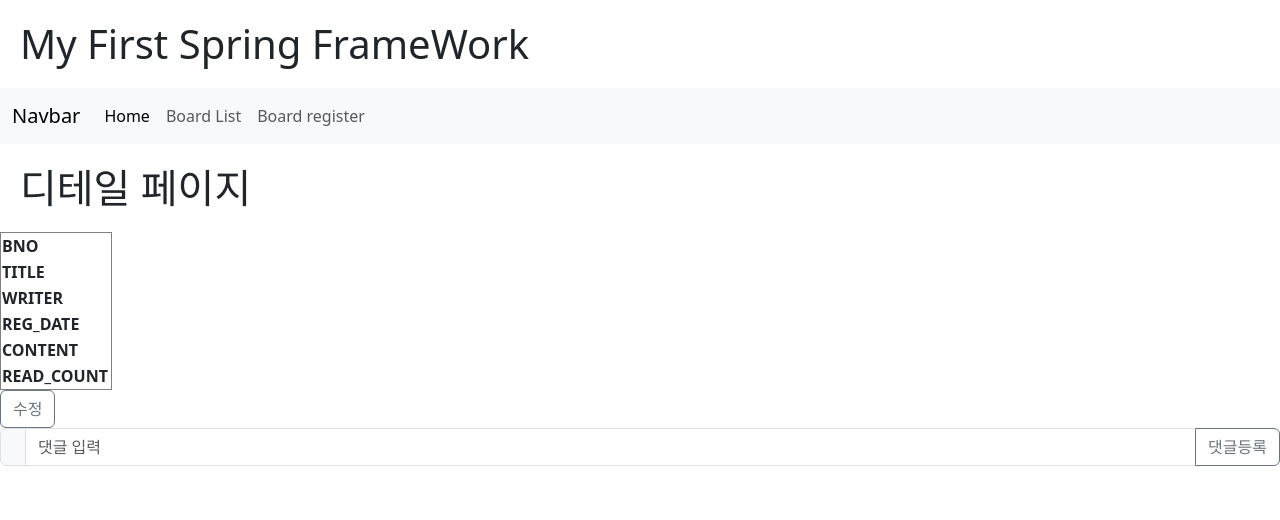
Repository: Leesunghoon1/springh
Page: http://localhost/springProject/WEB-INF/views/board/detail.jsp
These files come from the project's save history. The page is drawn as it stood at one moment and after the next save; the edit follows.
The browser window is 1280 px wide. The pictures show the whole page.
The page is served by Tomcat 9. Nobody is signed in. Other server files are loaded and not shown. The template is opened directly, without the code that normally fills it, so the values that code supplies are empty.

Above is the page before, as saved 2023-11-03 08:13:35.
Console error: SyntaxError: Unexpected token '<<'

### springProject/src/main/webapp/WEB-INF/views/board/detail.jsp
<%@ page language="java" contentType="text/html; charset=UTF-8"
	pageEncoding="UTF-8"%>
<%@ taglib uri="http://java.sun.com/jsp/jstl/core" prefix="c"%>

<!DOCTYPE html>
<html>
<head>
<meta charset="UTF-8">
<title>Insert title here</title>
</head>
<body>

	<jsp:include page="../common/header.jsp" />
	<jsp:include page="../common/nav.jsp" />
	<h1>디테일 페이지</h1>

	<table border="1">

		<tr>
			<th>BNO</th>
			<td>${bvo.bno }</td>
		</tr>
		<tr>
			<th>TITLE</th>
			<td>${bvo.title }</td>
		</tr>

		<tr>
			<th>WRITER</th>
			<td>${bvo.writer }</td>
		</tr>

		<tr>
			<th>REG_DATE</th>
			<td>${bvo.regAt }</td>
		</tr>
		<tr>
			<th>CONTENT</th>
			<td>${bvo.content }</td>
		</tr>
		<tr>
			<th>READ_COUNT</th>
			<td>${bvo.readCount }</td>
		</tr>

	</table>
	<div class="button-box">
		<a href="/board/modify?bno=${bvo.bno }">
			<button type="button" id="button" class="btn btn-outline-secondary">수정</button>
		</a>
	</div>
	<div>
		<div>
			<div>
				<div>

					<!-- 댓글영역  -->
					<!-- 댓글 영역 -->
					<div class="comment-box">
						<div class="input-group flex-nowrap" id="comment-input">
							<span class="input-group-text" id="cmtWriter">
								${bvo.writer} </span> <input type="text" class="form-control"
								id="cmtContent" placeholder="댓글 입력" aria-label="Username"
								aria-describedby="addon-wrapping">
							<button class="btn btn-outline-secondary" type="button"
								id="cmtPostBtn">댓글등록</button>
						</div>
						<div class="title"></div>
						<table id="comment-table" class="table table-dark table-hover">

						</table>
					</div>

					<!-- 댓글 더보기 영역  -->


					<button type="button" id="moreBtn" data-page="1"
						class="btn btn-secondary" style="visibility: hidden">MORE</button>
				</div>
			</div>

		</div>

	</div>
	<!-- 모달창 -->

	<!-- 모달창 -->
	<div>
		<div>
			<div class="modal" id="comment-modal" tabindex="-1">
				<div class="modal-dialog">
					<div class="modal-content">
						<div class="modal-header">
							<h5 class="modal-title">댓글수정</h5>
							<button type="button" class="btn-close" data-bs-dismiss="modal"
								aria-label="Close"></button>
						</div>

						<div class="modal-body">
							<div class="input-group mb-3">
								<span class="input-group-text" id="basic-addon1">${bvo.writer}</span>
								<input type="text" id="modal-text" class="form-control"
									placeholder="댓글 입력" aria-label="Username"
									aria-describedby="basic-addon1">
							</div>
						</div>

						<div class="modal-footer">
							<button type="button" class="btn btn-primary update-comment">수정</button>
						</div>
					</div>
				</div>
			</div>

		</div>

		<jsp:include page="../common/footer.jsp"></jsp:include>
	</div>
</body>










<script type="text/javascript">
		let bnoVal = `<c:out value="${bvo.bno}" />`;
		console.log(bnoVal);
		<!-- js랑 연결해서 열기 -->
	</script>


<script type="text/javascript" src="/resources/js/boardComment.js"></script>
<script type="text/javascript">
		getCommentList(bnoVal);

		<!-- js랑 연결해서 열기 -->
	</script>

<jsp:include page="../common/footer.jsp" />

</body>
</html>

### springProject/src/main/webapp/WEB-INF/views/common/header.jsp
<%@ page language="java" contentType="text/html; charset=UTF-8"
    pageEncoding="UTF-8"%>
    <%@ taglib uri="http://java.sun.com/jsp/jstl/core" prefix="c"%>
<!DOCTYPE html>
<html>
<head>
<meta charset="UTF-8">
<title>Insert title here</title>
<link href="https://cdn.jsdelivr.net/npm/bootstrap@5.3.1/dist/css/bootstrap.min.css" rel="stylesheet" integrity="sha384-4bw+/aepP/YC94hEpVNVgiZdgIC5+VKNBQNGCHeKRQN+PtmoHDEXuppvnDJzQIu9" crossorigin="anonymous">
<script src="https://cdn.jsdelivr.net/npm/bootstrap@5.3.1/dist/js/bootstrap.bundle.min.js" integrity="sha384-HwwvtgBNo3bZJJLYd8oVXjrBZt8cqVSpeBNS5n7C8IVInixGAoxmnlMuBnhbgrkm" crossorigin="anonymous"></script>
<style type="text/css">

h1, p {
	margin: 20px
}

</style>
</head>
<body>
<h1>My First Spring FrameWork</h1>
</body>
</html>

### springProject/src/main/webapp/WEB-INF/views/common/nav.jsp
<%@ page language="java" contentType="text/html; charset=UTF-8"
    pageEncoding="UTF-8"%>
    <%@ taglib uri="http://java.sun.com/jsp/jstl/core" prefix="c"%>
<!DOCTYPE html>
<html>
<head>
<meta charset="UTF-8">
<title>Insert title here</title>
</head>
<body>
<header>

<nav class="navbar navbar-expand-lg bg-body-tertiary">
  <div class="container-fluid">
    <a class="navbar-brand" href="#">Navbar</a>

    <button class="navbar-toggler" type="button" data-bs-toggle="collapse" data-bs-target="#navbarSupportedContent" aria-controls="navbarSupportedContent" aria-expanded="false" aria-label="Toggle navigation">
      <span class="navbar-toggler-icon"></span>
    </button>

    <div class="collapse navbar-collapse" id="navbarSupportedContent">
      <ul class="navbar-nav me-auto mb-2 mb-lg-0">

        <li class="nav-item">
          <a class="nav-link active" aria-current="page" href="/">Home</a>
        </li>

        <li class="nav-item">
          <a class="nav-link" href="/board/list">Board List</a>
        </li>

        <li class="nav-item">
          <a class="nav-link" href="/board/register">Board register</a>
        </li>
    </ul>
    </div>
  </div>
</nav>



</header>
</body>
</html>

### springProject/src/main/webapp/resources/js/boardComment.js
/**
 *
 */
	console.log(bnoVal);

    async function postCommentToServer(cmtData){
        try {
            const url = "/comment/post";
            const config = {
                method:"post",
                headers:{
                    'content-type':'application/json; charset=utf-8'
                },
                body:JSON.stringify(cmtData)
            };

            const resp = await fetch(url, config);
            const result = await resp.text(); // isOk;
            return result;
        } catch (error) {
            console.log(error)
        }
    }

    // 댓글등록 버튼 누르면 이벤트 발생
    document.getElementById('cmtPostBtn').addEventListener('click', ()=>{
        const cmtWriter = document.getElementById('cmtWriter').innerText;
        const cmtContent = document.getElementById('cmtContent');
        console.log("작성자" + cmtWriter + "내용" + cmtContent);
        if(cmtContent.value == "" || cmtContent.value == null){
            alert("댓글을 입력해 주세요!!");
            cmtContent.focus();
            return false;
        } else{
            let cmtData = {
                bno:bnoVal,
                writer:cmtWriter,
                content:cmtContent.value
            };
            postCommentToServer(cmtData).then(result =>{
                //(cmtData)를 서버에 보내고, 서버에서 반환된 결과를 처리하기 위해 then 메서드를 사용합니다
                if(result == 1) {
                    //result mapper에서 0 , 1 을 반환함
                    alert("댓글 작성 성공")
                    document.getElementById('cmtContent').value = '';
                    //작성한 댓글을 입력하는 텍스트 상자(cmtContent)를 비웁니다. 이렇게 하면 사용자가 새로운 댓글을 입력할 수 있게 됩니다.
                    //화면에 뿌리기
                    getCommentList(bnoVal);
                }
            })
        }
    })

<<<<<<< HEAD
    async function spreadCommentListFromServer(bno, page) {
        try {
            const url = '/comment/' + bno + "/" + page;
=======
    async function spreadCommentListFromServer(bno) {
        try {
            const url = '/comment/' + bno;
>>>>>>> c94f2285d7e7854f13a6790a7d20357dca3690f7
            const resp = await fetch(url);
            const result = await resp.json();
            return result;
        } catch (error) {
            console.log(error);
        }
    }

<<<<<<< HEAD
// 화면에 뿌리기(처음 뿌릴때는 첫페이지 값을 뿌려야 함)
function getCommentList(bno, page=1){



    spreadCommentListFromServer(bno, page).then(result =>{
        console.log(result);
        let tr = document.getElementById('comment-table');
        if(page == 1) {
            tr.innerHTML = '';
        }
        if(result.cmtList.length > 0){
            tr.innerHTML = `<tr><th>작성자</th><th>댓글내용</th><th scope="col">등록일</th><th scope="col">수정/삭제</th></tr>`;

            for(let i = 0; i < result.cmtList.length; i++){
                let str = '';
                 str += `<tr data-cno="${result.cmtList[i].cno}" data-writer="${result.cmtList[i].writer}" data-content="${result.cmtList[i].content}">`;
                str += `<td>${result.cmtList[i].writer}</td>`;
                str += `<td>${result.cmtList[i].content}</td>`;
                str += `<td>${result.cmtList[i].modAt}</td>`;
                    str += `<td><button class="btn modBtn btn-outline-secondary" type="button" id="modBtn" data-bs-toggle="modal" data-bs-target="#comment-modal">수정</button>`;
                    str += `<button class="btn delBtn btn-outline-secondary" type="button" id="delBtn">삭제</button></td></tr>`;
                tr.innerHTML += str;
            }
        }
         // 댓글 더보기 버튼 존재 여부
         let moreBtn = document.getElementById('moreBtn');
         console.log(moreBtn);
         // db에서 pgvo + list 같이 가져와야 값을 줄 수 있음
         if(result.pgvo.pageNo < result.endPage||result.next){
             moreBtn.style.visibility = 'visible';
             //더이상
             moreBtn.dataset.page = page + 1;
         } else{
             moreBtn.style.visibility = 'hidden';
         }
    })
}

// 댓글 삭제 통신
async function deleteCommentToServer(cno){
    let uri = '/comment/'+cno;
    let config = {
        method : 'delete'
    }
    let resp = await fetch(uri, config);
    let result = await resp.text();
    return result;
}

async function editCommentToServer(cmtDataMod) {
    console.log("이거는 들어왔냐 ? cmtModData" + cmtDataMod)
    try {
        const url = '/comment/'+cmtDataMod.cno;
        const config = {
            method:'put',
            headers:{
                'content-type':'application/json; charset=utf-8'
            },
            body : JSON.stringify(cmtDataMod)
        };
            const resp = await fetch(url, config);
            const result = await resp.text();
            return result;
            console.log(result);
        } catch (error) {
            console.log(error);
        }
}

document.addEventListener('click', (e) =>{
    let tr = e.target.closest('tr');
    // 댓글 삭제
    if(e.target.classList.contains('delBtn')){
        let cnoVal = tr.dataset.cno;
        let writerVal = tr.dataset.writer;
        console.log("cno : " + cnoVal);
        deleteCommentToServer(cnoVal).then(result =>{
            if(result == 1){
                alert("댓글 삭제 성공!!");
                getCommentList(bnoVal);
            }
        })
        //댓글 수정
    }else if(e.target.classList.contains('modBtn')){
        let cnoVal = tr.dataset.cno;
        let writerVal = tr.dataset.writer;
        let cmtText = tr.dataset.content;
        document.getElementById('modal-text').value = cmtText;
        //모달창 벨류를 cmtText에 넣기
        console.log("cno : " + cnoVal + ", content : " + cmtText);
        document.querySelector('.update-comment').addEventListener('click', ()=>{
            let cmtDataMod = {
                cno :cnoVal,
                writer : writerVal,
                content : document.getElementById('modal-text').value
            };
            console.log(cmtDataMod);
            editCommentToServer(cmtDataMod).then(result =>{
                if(result == 1){
                    document.querySelector('.btn-close').click();
                    alert("댓글 수정 성공!!");
                }
                getCommentList(bnoVal);
            })

        })
        // 댓글 더보기
    } else if(e.target.id == 'moreBtn'){
        console.log(e.target.id);
        getCommentList(bnoVal, parseInt(e.target.dataset.page));
    }
})


=======
    // 화면에 뿌리기(처음 뿌릴떄는 첫 페이지 값을 뿌려야 함)
// 화면에 뿌리기(처음 뿌릴때는 첫페이지 값을 뿌려야 함)
function getCommentList(bno){
    spreadCommentListFromServer(bno).then(result =>{
        console.log(result);
        let tr = document.getElementById('comment-table');
        // if(page == 1){
        // }

        if(result.length > 0){
        tr.innerHTML = `<tr><th>작성자</th><th>댓글내용</th><th scope="col">등록일</th><th scope="col">수정/삭제</th></tr>`;
            for(let i = 0; i < result.length; i++){
                let str = `<tr data-cno="${result[i].cno}" data-writer="${result[i].writer}" data-content="${result[i].content}">`;
                str += `<td>${result[i].writer}</td>`;
                str += `<td>${result[i].content}</td>`;
                str += `<td>${result[i].modAt}</td>`;
                    str += `<td><button class="btn modBtn btn-outline-secondary" type="button" id="modBtn" data-bs-toggle="modal" data-bs-target="#comment-modal">수정</button>`;
                    str += `<button class="btn delBtn btn-outline-secondary" type="button" id="delBtn">삭제</button></td></tr>`;
                tr.innerHTML += str;
            }
        }
    })
}
>>>>>>> c94f2285d7e7854f13a6790a7d20357dca3690f7

Loaded but not shown: springProject/src/main/webapp/WEB-INF/views/common/footer.jsp (common file)

After the next save:
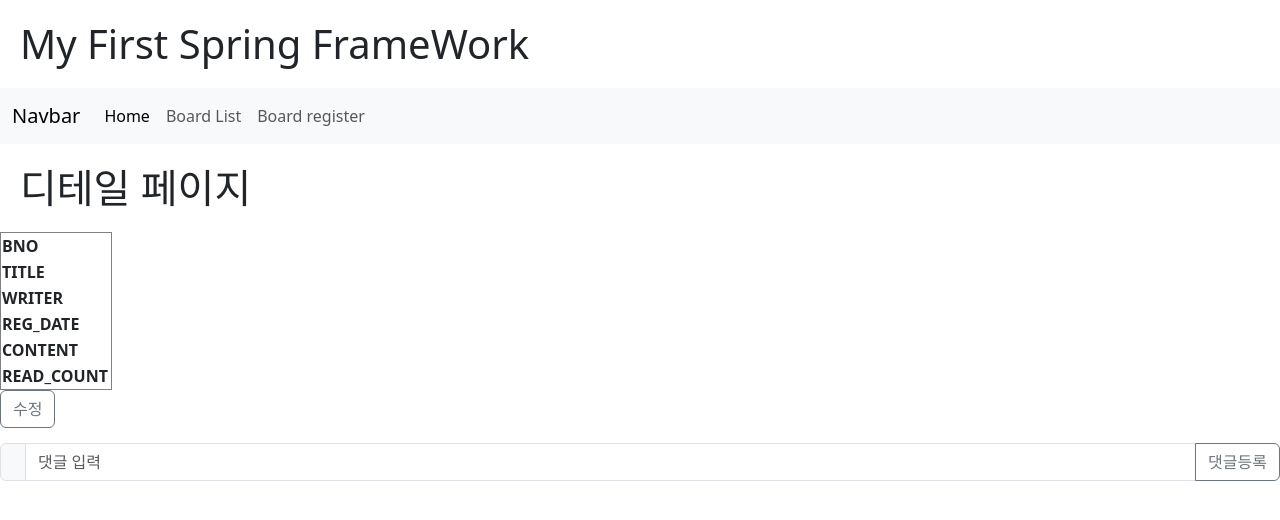
Saved 23 min 22 s later.
--- a/springProject/src/main/webapp/WEB-INF/views/board/detail.jsp
+++ b/springProject/src/main/webapp/WEB-INF/views/board/detail.jsp
@@ -8,6 +8,38 @@
 <meta charset="UTF-8">
 <title>Insert title here</title>
 </head>
+<style type="text/css">
+	.table-box{
+		width: 900px;
+	}
+	.button-box{
+		margin-bottom:15px;
+	}
+	#comment-table>tbody>tr>th{
+	text-align: center;
+	}
+	#comment-table>tbody>tr>td{
+		text-align: center;
+	}
+	#comment-input{
+		margin-bottom:15px;
+	}
+	.delBtn, .modBtn, #file-mod-bt{
+		margin-right:5px;
+	}
+	.file-div{
+		display: flex;
+		justify-content: space-between;
+	}
+	.file-div>div>span{
+		margin-right:15px;
+	}
+	.tumbnail>img{
+		border-radius: 5px;
+		width: 25px;
+		height:25px;
+	}
+</style>
 <body>
 
 	<jsp:include page="../common/header.jsp" />
